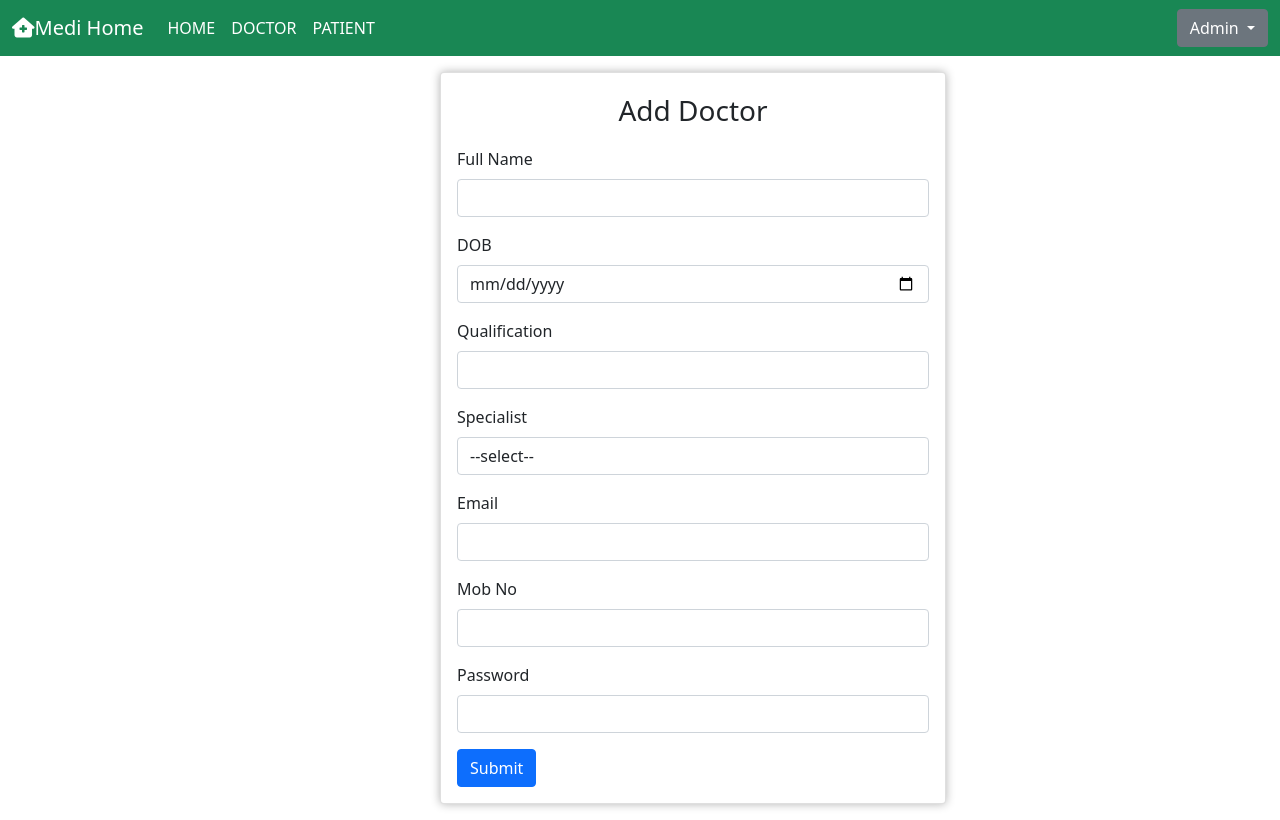
Repository: saubhagyagpt/Medi_care
Page: http://localhost/medi_care/admin/AdminDoctor.jsp
An editor plug-in stored every save of this project. The page is shown before and after the next save, followed by the edit.
The browser window is 1280 px wide. The pictures show the whole page.
Some web libraries are served in a nearby version. The page is served by Tomcat 9. Other server files are loaded and not shown.

Above is the page before, as saved 2022-07-10 07:14:04.

### medi_care/src/main/webapp/admin/AdminDoctor.jsp

<%@ page language="java" contentType="text/html; charset=ISO-8859-1"
	pageEncoding="ISO-8859-1"%>
	<%@ taglib prefix="c" uri="http://java.sun.com/jsp/jstl/core"%>
<%@page isELIgnored="false"%>
<!DOCTYPE html>
<html>
<head>
<meta charset="ISO-8859-1">
<title>Insert title here</title>
<%@include file="../component/css.jsp"%>
<style type="text/css">
.paint-card {
	box-shadow: 0 0 10px 0 rgba(0, 0, 0, 0.3);
}
</style>
</head>
<body>
	<%@include file="AdminNavbar.jsp"%>
	<div class="container-fluid p-3">
		<div class="row">

			<div class="col-md-5 offset-md-4">
				<div class="card paint-card">
					<div class="card-body">
						<p class="fs-3 text-center">Add Doctor</p>
						<c:if test="${not empty errorMsg}">
							<p class="fs-3 text-center text-danger">${errorMsg}</p>
							<c:remove var="errorMsg" scope="session" />
						</c:if>
						<c:if test="${not empty succMsg}">
							<div class="fs-3 text-center text-success" role="alert">${succMsg}</div>
							<c:remove var="succMsg" scope="session" />
						</c:if>
						<form action="#" method="post">
							<div class="mb-3">
								<label class="form-label">Full Name</label> <input type="text"
									required name="fullname" class="form-control">
							</div>

							<div class="mb-3">
								<label class="form-label">DOB</label> <input type="date"
									required name="dob" class="form-control">
							</div>

							<div class="mb-3">
								<label class="form-label">Qualification</label> <input required
									name="qualification" type="text" class="form-control">
							</div>
							<!--  ******************************************************************************** -->
							<div class="mb-3">
								<label class="form-label">Specialist</label> <select name="spec"
									required class="form-control">
									<option>--select--</option>
									<option>Option1</option>
									<option>Option2</option>
									<option>Option3</option>
									<option>Option4</option>
								</select>
							</div>

							<div class="mb-3">
								<label class="form-label">Email</label> <input type="text"
									required name="email" class="form-control">
							</div>

							<div class="mb-3">
								<label class="form-label">Mob No</label> <input type="text"
									required name="mobno" class="form-control">
							</div>

							<div class="mb-3">
								<label class="form-label">Password</label> <input required
									name="password" type="password" class="form-control">
							</div>

							<button type="submit" class="btn btn-primary">Submit</button>
						</form>
					</div>
				</div>
			</div>



		</div>
	</div>
</body>
</html>

### medi_care/src/main/webapp/component/css.jsp
<link
	href="https://cdn.jsdelivr.net/npm/bootstrap@5.0.2/dist/css/bootstrap.min.css"
	rel="stylesheet"
	integrity="sha384-EVSTQN3/azprG1Anm3QDgpJLIm9Nao0Yz1ztcQTwFspd3yD65VohhpuuCOmLASjC"
	crossorigin="anonymous">

<link rel="stylesheet"
	href="https://cdnjs.cloudflare.com/ajax/libs/font-awesome/6.1.1/css/all.min.css"
	integrity="sha512-KfkfwYDsLkIlwQp6LFnl8zNdLGxu9YAA1QvwINks4PhcElQSvqcyVLLD9aMhXd13uQjoXtEKNosOWaZqXgel0g=="
	crossorigin="anonymous" referrerpolicy="no-referrer" />
<script
		src="https://cdn.jsdelivr.net/npm/bootstrap@5.0.2/dist/js/bootstrap.bundle.min.js"
		integrity="sha384-MrcW6ZMFYlzcLA8Nl+NtUVF0sA7MsXsP1UyJoMp4YLEuNSfAP+JcXn/tWtIaxVXM"
		crossorigin="anonymous"></script>

### medi_care/src/main/webapp/admin/AdminNavbar.jsp
<nav class="navbar navbar-expand-lg navbar-dark bg-success">
  <div class="container-fluid">
    <a class="navbar-brand" href="index.jsp"><i class="fa-solid fa-house-medical"></i>Medi Home</a>
    <button class="navbar-toggler" type="button" data-bs-toggle="collapse" data-bs-target="#navbarSupportedContent" aria-controls="navbarSupportedContent" aria-expanded="false" aria-label="Toggle navigation">
      <span class="navbar-toggler-icon"></span>
    </button>
    <div class="collapse navbar-collapse" id="navbarSupportedContent">
      <ul class="navbar-nav me-auto mb-2 mb-lg-0">
        <li class="nav-item">
          <a class="nav-link active" aria-current="page" href="admin_login.jsp">HOME</a>
        </li>
        <li class="nav-item">
          <a class="nav-link active" aria-current="page" href="AdminDoctor.jsp">DOCTOR</a>
        </li>
        <li class="nav-item">
          <a class="nav-link active" aria-current="page" href="#">PATIENT</a>
        </li>


      </ul>
      <form class="d-flex">
      <div class="dropdown">
  <button class="btn btn-secondary dropdown-toggle" type="button" id="dropdownMenuButton1" data-bs-toggle="dropdown" aria-expanded="false">
    Admin
  </button>
  <ul class="dropdown-menu" aria-labelledby="dropdownMenuButton1">
    <li><a class="dropdown-item" href="../AdminLogout">Logout</a></li>

  </ul>
</div>
      </form>

    </div>
  </div>
</nav>

After the next save:
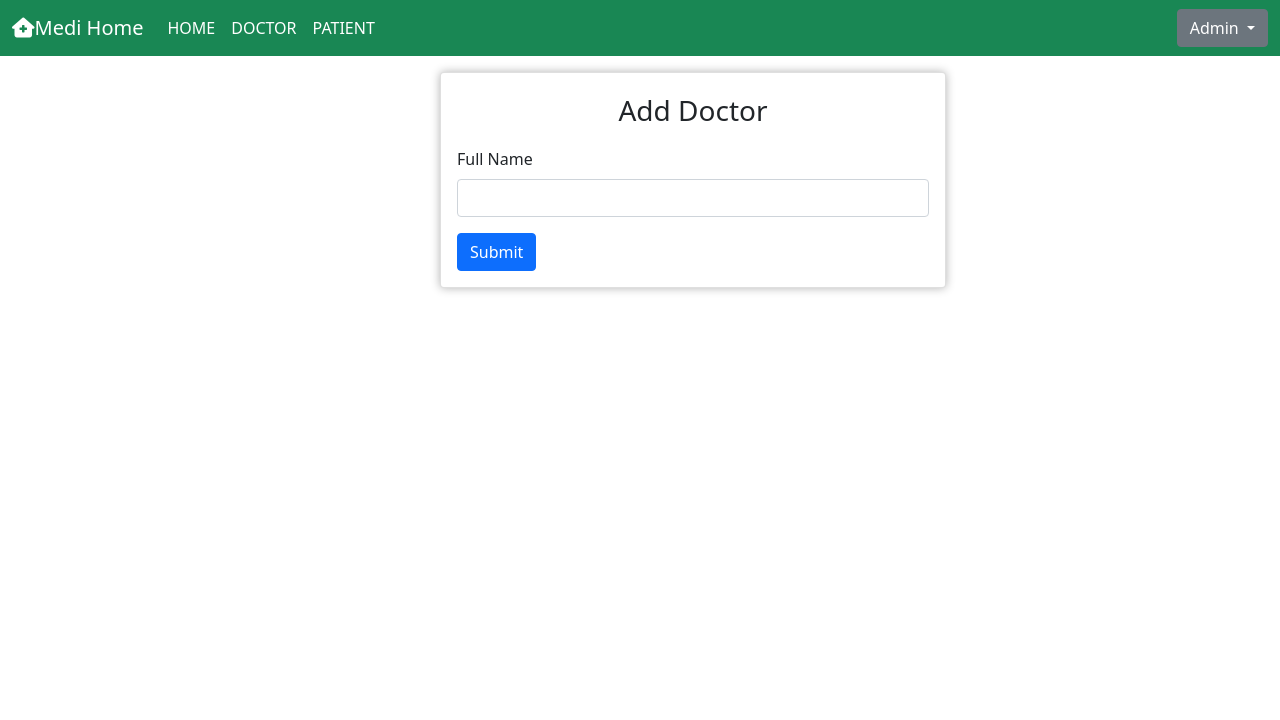
Saved 117 s later.
--- a/medi_care/src/main/webapp/admin/AdminDoctor.jsp
+++ b/medi_care/src/main/webapp/admin/AdminDoctor.jsp
@@ -37,7 +37,7 @@
 								<label class="form-label">Full Name</label> <input type="text"
 									required name="fullname" class="form-control">
 							</div>
-
+<!--
 							<div class="mb-3">
 								<label class="form-label">DOB</label> <input type="date"
 									required name="dob" class="form-control">
@@ -47,7 +47,7 @@
 								<label class="form-label">Qualification</label> <input required
 									name="qualification" type="text" class="form-control">
 							</div>
-							<!--  ******************************************************************************** -->
+
 							<div class="mb-3">
 								<label class="form-label">Specialist</label> <select name="spec"
 									required class="form-control">
@@ -73,7 +73,7 @@
 								<label class="form-label">Password</label> <input required
 									name="password" type="password" class="form-control">
 							</div>
-
+-->
 							<button type="submit" class="btn btn-primary">Submit</button>
 						</form>
 					</div>
